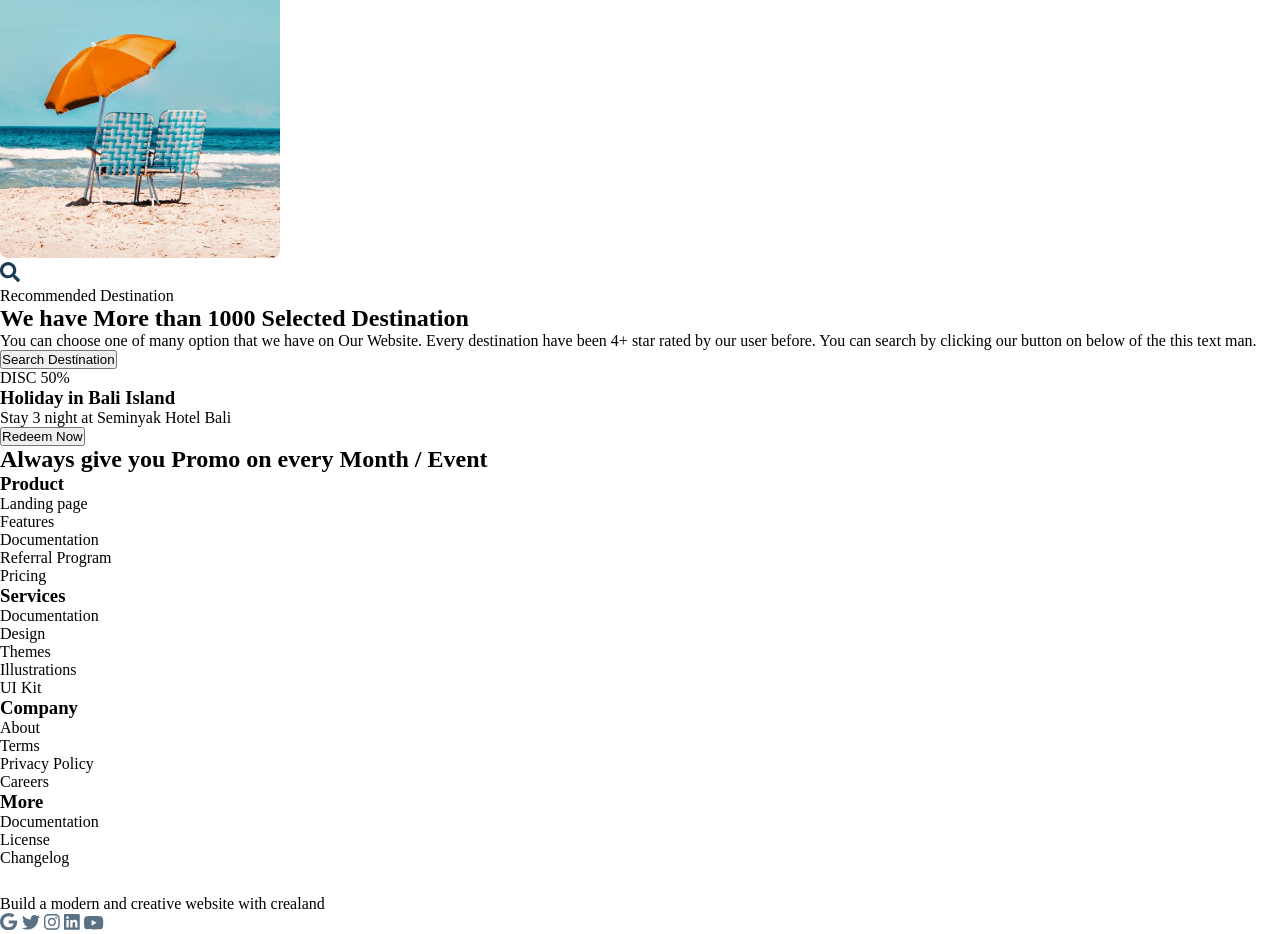
Repository: daviHmoraes/frontcomtailwind
Page: index.html
The author's editor kept a copy of each file at every save. The page is drawn from the files as they stood at one save, then again after a run of saves.
The browser window is 1280 px wide. The pictures show the part of the page from y = 3975 to 4927 px (the page is 4909 px tall before and 4927 px after).
A picture or video elsewhere on the page could not be fetched, so the positions and the page height are approximate.

Above is the page before, as saved 2026-08-31 18:25:21.

After the next 4 saves:
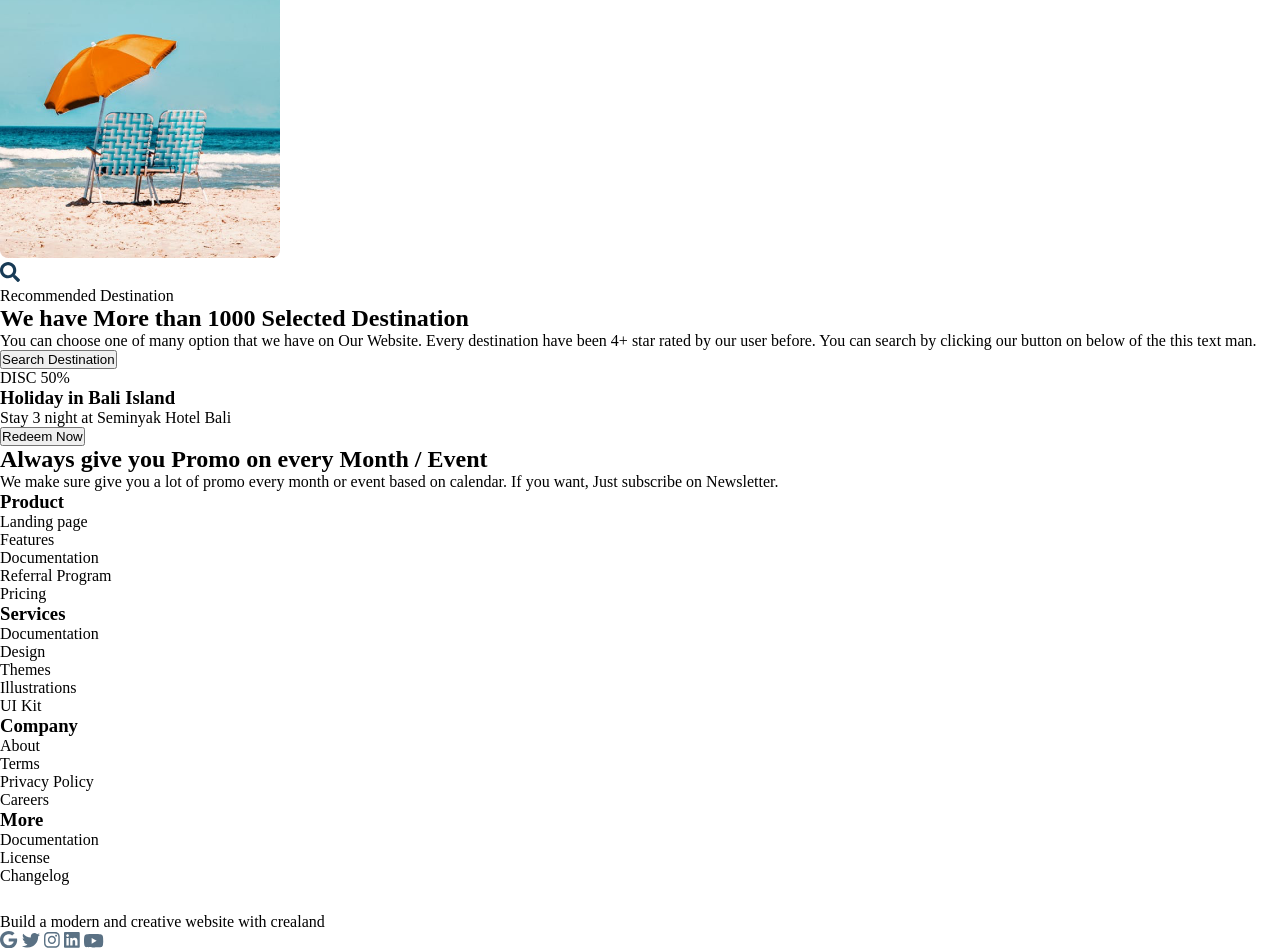
The 4 saves are shown as one change because they came seconds apart.
The last was saved 15 s later.
--- a/index.html
+++ b/index.html
@@ -315,6 +315,12 @@
                     Always give you Promo
                     on every Month / Event
                 </h2>
+                <p>
+                    We make sure give you a lot of
+                    promo every month or event based
+                    on calendar. If you want, Just
+                    subscribe on Newsletter.
+                </p>
             </div>
 
         </section>
